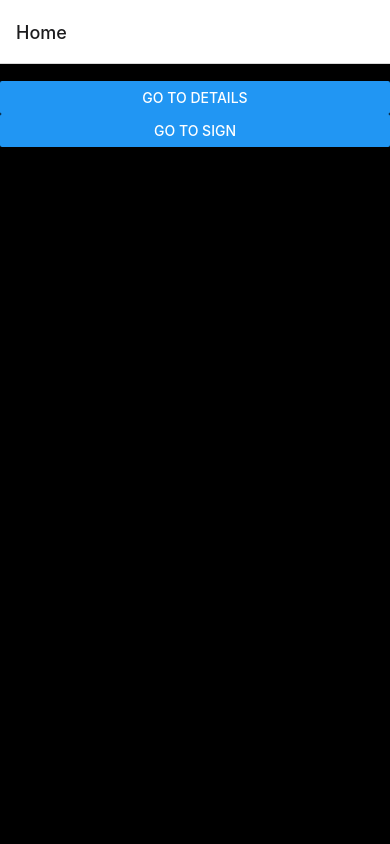
Repository: eyebone/barManager
Screen: /
An editor plug-in stored every save of this project. The screen is shown before and after the next save, followed by the edit.
The app was drawn by React Native's web renderer in a window 390 px wide. The project was rebuilt for these pictures with package versions that can differ from the ones it lists, and the page was loaded fresh each time. Also part of the build but not shown: components/EmojiPicker.js, components/Button.js, components/ImageViewer.js, components/circleButton.js, components/IconButton.js, view/ViewOne.js, view/Sign.js.

Above is the screen before, as saved 2023-06-26 13:59:42.

After the next save:
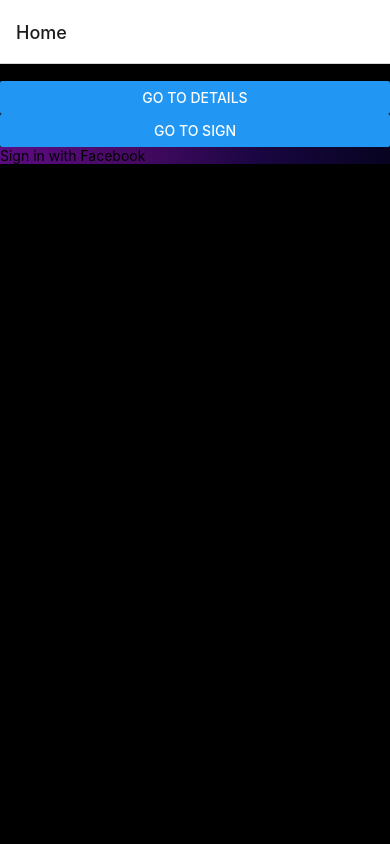
Saved 8 s later.
--- a/App.js
+++ b/App.js
@@ -20,7 +20,7 @@
       <LinearGradient
         start={{ x: 0, y: 0 }}
         end={{ x: 1, y: 0 }}
-        colors={["#5c0b82", "#480965", "#190641", "#"]}
+        colors={["#5c0b82", "#480965", "#190641", "#070320"]}
         style={styles.linearGradient}
       >
         <Text style={styles.buttonText}>Sign in with Facebook</Text>

After the save that followed:
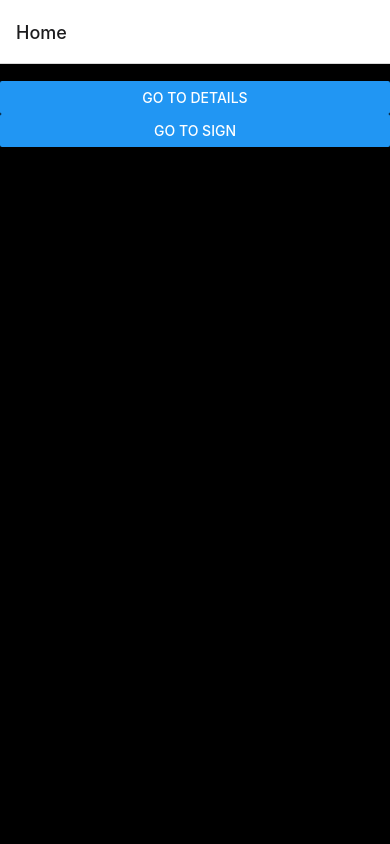
Saved 4 s later.
--- a/App.js
+++ b/App.js
@@ -20,7 +20,7 @@
       <LinearGradient
         start={{ x: 0, y: 0 }}
         end={{ x: 1, y: 0 }}
-        colors={["#5c0b82", "#480965", "#190641", "#070320"]}
+        colors={["#5c0b82", "#480965", "#190641", "#070320","#"]}
         style={styles.linearGradient}
       >
         <Text style={styles.buttonText}>Sign in with Facebook</Text>
